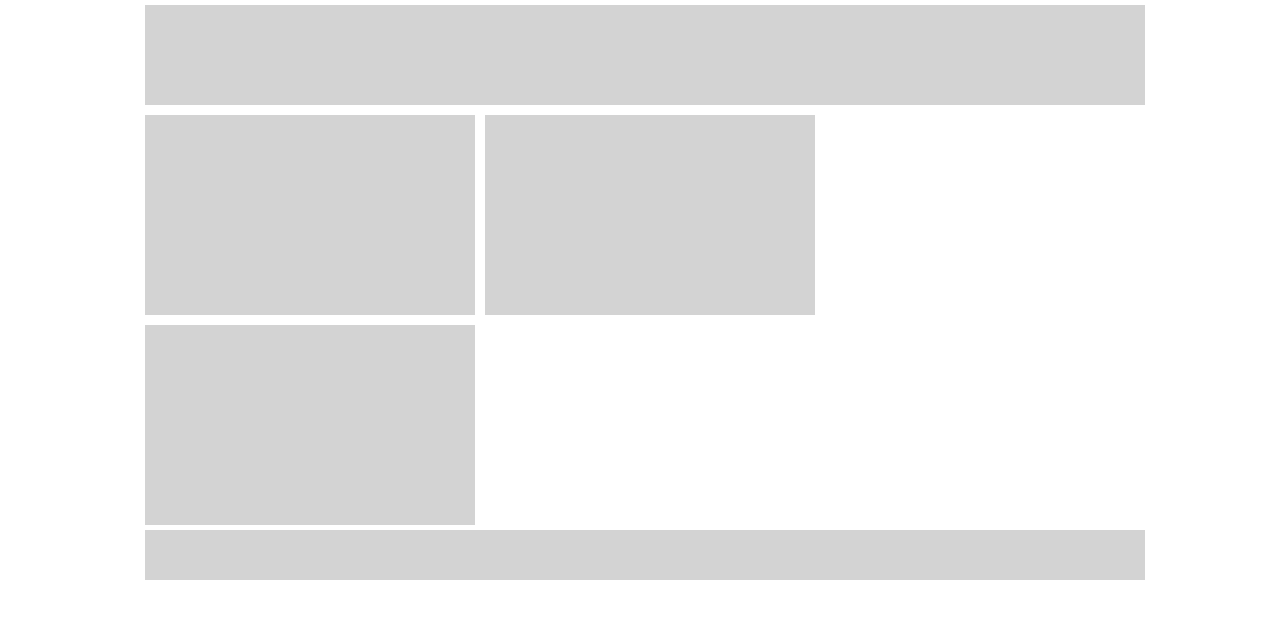
Repository: onopriienkoalina/onopriienkoalina.github.io
Page: dz9_containers/index.html
The author's editor kept a copy of each file at every save. The page is drawn from the files as they stood at one save, then again after a run of saves.
The browser window is 1280 px wide. The pictures show the whole page.
The style sheet was rebuilt from its Sass, Less or Tailwind sources for each picture, by a compiler version that may differ from the author's.

Above is the page before, as saved 2021-12-01 18:22:57.

### dz9_containers/index.html
<!DOCTYPE html>
<html lang="en">
<head>
    <meta charset="UTF-8">
    <meta http-equiv="X-UA-Compatible" content="IE=edge">
    <meta name="viewport" content="width=device-width, initial-scale=1.0">
    <title>Document</title>
    <link href="reset.css" rel="stylesheet">
    <link href="css/style.css" rel="stylesheet">
</head>
<body>
    <div class="block1">
<div class="header"></div>
<div class="section"></div>
<div class="section"></div>
<div class="section"></div>
<div class="footer"></div>
</div>
</body>
</html>

### dz9_containers/style.scss

.section{
 float: left;
 width: 33%;
 height: 200px;
 margin: 5px;
 background-color: #D3D3D3;
}
.header {
    clear: left;
    width: 100%;
    height: 100px;
    margin: 5px;
    background-color: #D3D3D3;
}
.footer {
    clear: left;
    width: 100%;
    height: 50px;
    margin: 5px;
    background-color: #D3D3D3;
}
.block1 {
    width: 1000px;
    margin: auto;
}

Loaded but not shown: dz9_containers/reset.css (common file)

After the next 2 saves:
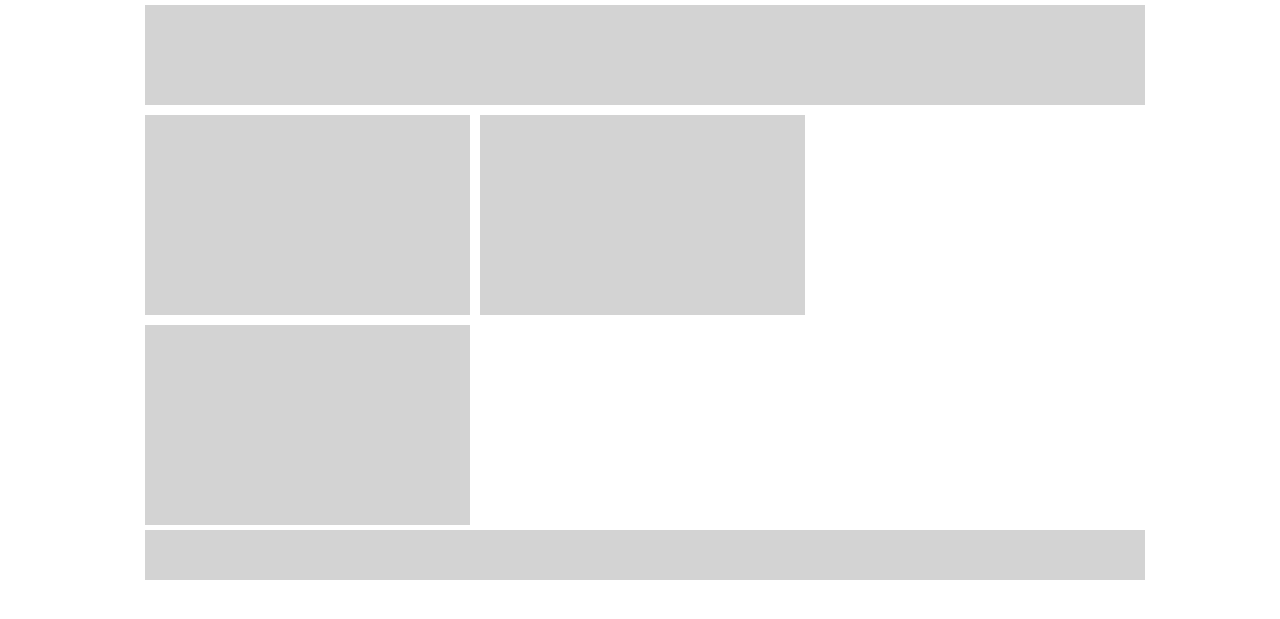
The 2 saves are shown as one change because they came seconds apart.
The last was saved 17 s later.
--- a/dz9_containers/style.scss
+++ b/dz9_containers/style.scss
@@ -1,7 +1,7 @@
 
 .section{
  float: left;
- width: 33%;
+ width: 32.5%;
  height: 200px;
  margin: 5px;
  background-color: #D3D3D3;
